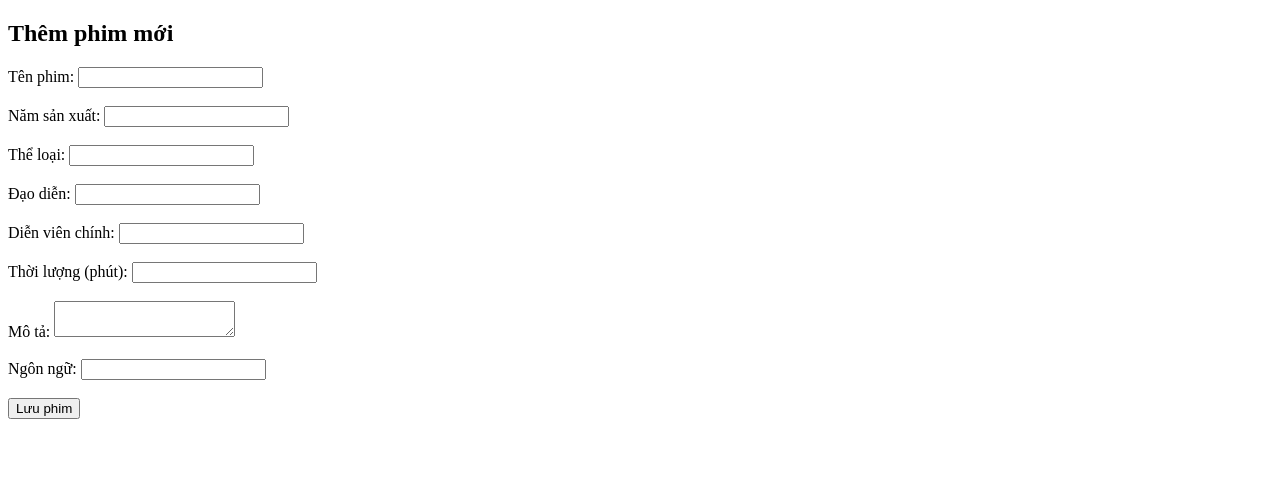
Repository: duy59/cineman
Page: http://localhost/cineman-main/quanly/gdThemphimmoi303.jsp
The author's editor kept a copy of each file at every save. The page is drawn from the files as they stood at one save, then again after the next save.
The browser window is 1280 px wide. The pictures show the whole page.
The page is served by Tomcat 9. Other server files are loaded and not shown.

Above is the page before, as saved 2024-11-04 07:37:03.

### cineman-main/src/main/webapp/quanly/gdThemphimmoi303.jsp
<%@ page contentType="text/html; charset=UTF-8" pageEncoding="UTF-8" %>
<%@ page import="dao.PhimDao303" %>
<%@ page import="model.Phim303" %>

<%
    // Thiết lập encoding cho request và response
    request.setCharacterEncoding("UTF-8");
    response.setContentType("text/html; charset=UTF-8");
    response.setCharacterEncoding("UTF-8");
%>

<!DOCTYPE html>
<html>
<head>
    <meta charset="UTF-8">
    <title>Thêm phim mới</title>
</head>
<body>
    <h2>Thêm phim mới</h2>
    <form action="themphimmoi303.jsp" method="post" accept-charset="UTF-8">
        <label for="tenPhim">Tên phim:</label>
        <input type="text" id="tenPhim" name="tenPhim" required><br><br>
        <label for="namsanxuat">Năm sản xuất:</label>
        <input type="text" id="namsanxuat" name="namsanxuat" required><br><br>
        <label for="theLoai">Thể loại:</label>
        <input type="text" id="theLoai" name="theLoai" required><br><br>
        <label for="daoDien">Đạo diễn:</label>
        <input type="text" id="daoDien" name="daoDien" required><br><br>
        <label for="dienVienChinh">Diễn viên chính:</label>
        <input type="text" id="dienVienChinh" name="dienVienChinh" required><br><br>
        <label for="thoigian">Thời lượng (phút):</label>
        <input type="number" id="thoigian" name="thoigian" required><br><br>
        <label for="moTa">Mô tả:</label>
        <textarea id="moTa" name="moTa" required></textarea><br><br>
        <label for="ngonngu">Ngôn ngữ:</label>
        <input type="text" id="ngonngu" name="ngonngu" required><br><br>
        <button type="submit">Lưu phim</button>
    </form>

    <%
        String tenPhim = request.getParameter("tenPhim");
        if (tenPhim != null) {
            String namsanxuat = request.getParameter("namsanxuat");
            String theLoai = request.getParameter("theLoai");
            String daoDien = request.getParameter("daoDien");
            String dienVienChinh = request.getParameter("dienVienChinh");
            int thoigian = Integer.parseInt(request.getParameter("thoigian"));
            String moTa = request.getParameter("moTa");
            String ngonngu = request.getParameter("ngonngu");

            Phim303 phim = new Phim303();
            phim.setTenPhim(tenPhim);
            phim.setNamsanxuat(namsanxuat);
            phim.setTheLoai(theLoai);
            phim.setDaoDien(daoDien);
            phim.setDienVienChinh(dienVienChinh);
            phim.setThoigian(thoigian);
            phim.setMoTa(moTa);
            phim.setNgonngu(ngonngu);

            PhimDao303 phimDao = new PhimDao303();
            boolean ketQua = phimDao.luuPhimMoi(phim);

            if (ketQua) {
                response.sendRedirect("chonphim303.jsp");
            } else {
    %>
                <p>Đã xảy ra lỗi khi lưu phim.</p>
    <%
            }
        }
    %>
</body>
</html>

After the next save:
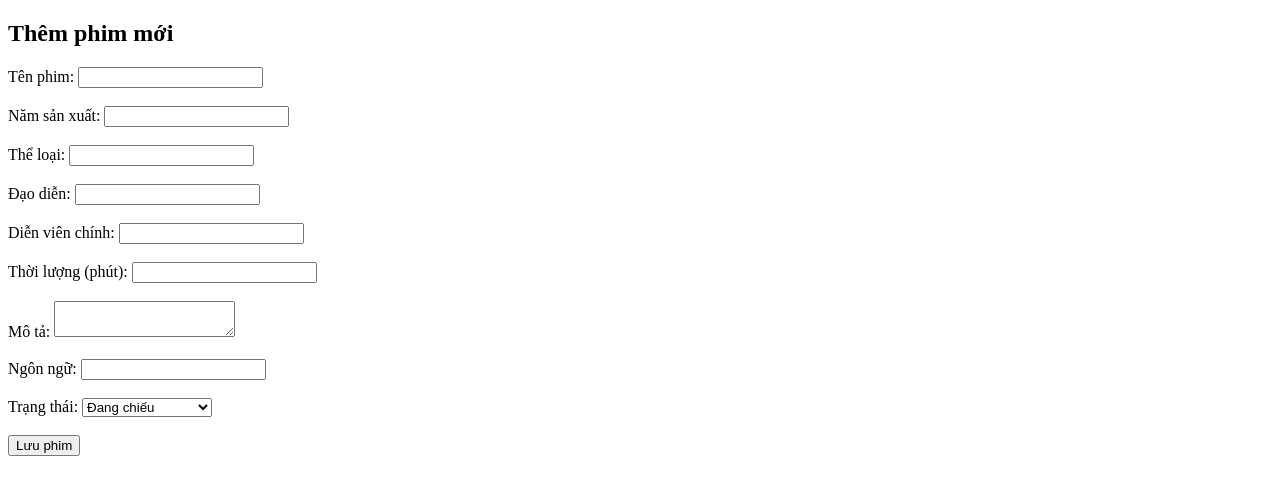
Saved 2 min 2 s later.
--- a/cineman-main/src/main/webapp/quanly/gdThemphimmoi303.jsp
+++ b/cineman-main/src/main/webapp/quanly/gdThemphimmoi303.jsp
@@ -34,6 +34,11 @@
         <textarea id="moTa" name="moTa" required></textarea><br><br>
         <label for="ngonngu">Ngôn ngữ:</label>
         <input type="text" id="ngonngu" name="ngonngu" required><br><br>
+        <label for="status">Trạng thái:</label>
+        <select id="status" name="status" required>
+            <option value="đang chiếu">Đang chiếu</option>
+            <option value="đang không chiếu">Đang không chiếu</option>
+        </select><br><br>
         <button type="submit">Lưu phim</button>
     </form>
 
@@ -47,6 +52,7 @@
             int thoigian = Integer.parseInt(request.getParameter("thoigian"));
             String moTa = request.getParameter("moTa");
             String ngonngu = request.getParameter("ngonngu");
+            String status = request.getParameter("status");
 
             Phim303 phim = new Phim303();
             phim.setTenPhim(tenPhim);
@@ -57,6 +63,7 @@
             phim.setThoigian(thoigian);
             phim.setMoTa(moTa);
             phim.setNgonngu(ngonngu);
+            phim.setStatus(status);
 
             PhimDao303 phimDao = new PhimDao303();
             boolean ketQua = phimDao.luuPhimMoi(phim);
